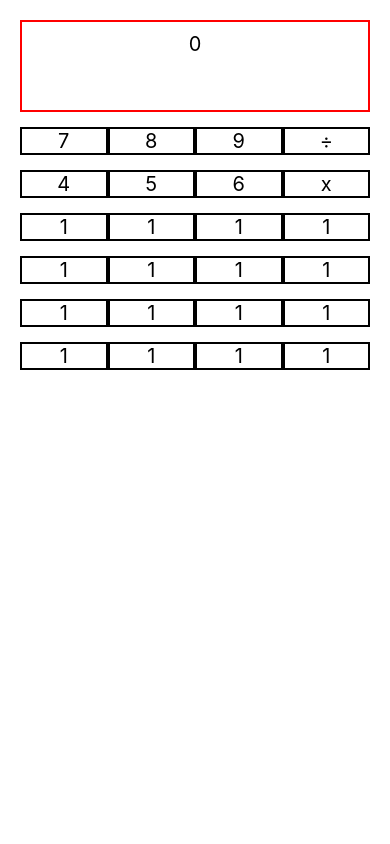
Repository: jeanphael/MyAppReact
Screen: /
These files come from the project's save history. The screen is drawn as it stood at one moment and after the next save; the edit follows.
The app was drawn by React Native's web renderer in a window 390 px wide. The project was rebuilt for these pictures with package versions that can differ from the ones it lists, and the page was loaded fresh each time. Some packages were replaced by stand-ins written for this rebuild.

Above is the screen before, as saved 2021-10-14 10:40:13.

After the next save:
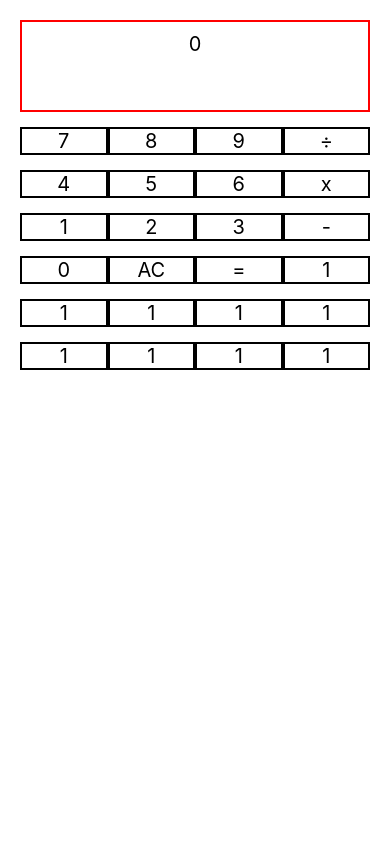
Saved 68 s later.
--- a/App.js
+++ b/App.js
@@ -82,19 +82,19 @@ export default class App extends React.Component {
           <TouchableOpacity style={{borderColor:'grew',borderWidth:2,flex:1}}>
 
             <Text style={{ fontSize: 20, alignSelf: 'center' }}>
-              1
+              2
             </Text>
           </TouchableOpacity>
           <TouchableOpacity style={{borderColor:'grew',borderWidth:2,flex:1}}>
 
             <Text style={{ fontSize: 20, alignSelf: 'center' }}>
-              1
+              3
             </Text>
           </TouchableOpacity>
           <TouchableOpacity style={{borderColor:'grew',borderWidth:2,flex:1}}>
 
             <Text style={{ fontSize: 20, alignSelf: 'center' }}>
-              1
+              -
             </Text>
           </TouchableOpacity>
         </View>
@@ -102,19 +102,19 @@ export default class App extends React.Component {
           <TouchableOpacity style={{borderColor:'grew',borderWidth:2,flex:1}}>
 
             <Text style={{ fontSize: 20, alignSelf: 'center' }}>
-              1
+              0
             </Text>
           </TouchableOpacity>
           <TouchableOpacity style={{borderColor:'grew',borderWidth:2,flex:1}}>
 
             <Text style={{ fontSize: 20, alignSelf: 'center' }}>
-              1
+              AC
             </Text>
           </TouchableOpacity>
           <TouchableOpacity style={{borderColor:'grew',borderWidth:2,flex:1}}>
 
             <Text style={{ fontSize: 20, alignSelf: 'center' }}>
-              1
+              =
             </Text>
           </TouchableOpacity>
           <TouchableOpacity style={{borderColor:'grew',borderWidth:2,flex:1}}>
